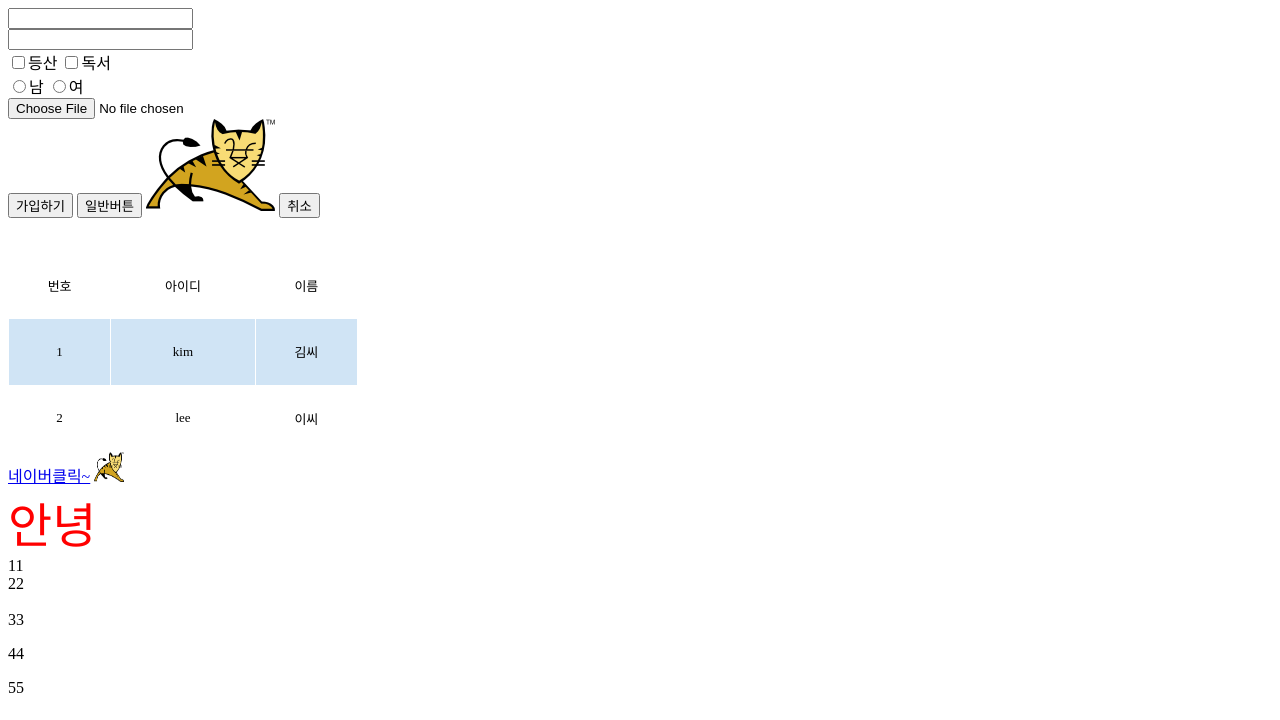
Repository: MinHyeJun/OpenSourceFramework
Page: web_prj/webapp/test.html
The author's editor kept a copy of each file at every save. The page is drawn from the files as they stood at one save, then again after the next save.
The browser window is 1280 px wide. The pictures show the whole page.

Above is the page before, as saved 2018-06-26 02:39:55.

### web_prj/webapp/test.html

<html>
<head>
<meta charset="UTF-8">
<title>Insert title here</title>
<style>
table.paleBlueRows {
  font-family: "Times New Roman", Times, serif;
  border: 1px solid #FFFFFF;
  width: 350px;
  height: 200px;
  text-align: center;
  border-collapse: collapse;
}
table.paleBlueRows td, table.paleBlueRows th {
  border: 1px solid #FFFFFF;
  padding: 3px 2px;
}
table.paleBlueRows tbody td {
  font-size: 13px;
}
table.paleBlueRows tr:nth-child(even) {
  background: #D0E4F5;
}
table.paleBlueRows thead {
  background: #0B6FA4;
  border-bottom: 5px solid #FFFFFF;
}
table.paleBlueRows thead th {
  font-size: 17px;
  font-weight: bold;
  color: #FFFFFF;
  text-align: center;
  border-left: 2px solid #FFFFFF;
}
table.paleBlueRows thead th:first-child {
  border-left: none;
}

table.paleBlueRows tfoot {
  font-size: 14px;
  font-weight: bold;
  color: #333333;
  background: #D0E4F5;
  border-top: 3px solid #444444;
}
table.paleBlueRows tfoot td {
  font-size: 14px;
}
</style>
</head>
<body>
<form>
<input type="text" name="mid"><br>
<input type="password" name="mpw"><br>

<input type="checkbox" name="habit">등산
<input type="checkbox" name="habit">독서<br>

<input type="radio" name="gen">남
<input type="radio" name="gen">여<br>

<input type="file" name="ufile"><br>



<input type="submit" name="sbtn" value="가입하기">
<input type="button" name="btn" value="일반버튼">
<input type="image" name="ibtn" src="tomcat.png">
<input type="reset" name="rbtn" value="취소"><br>






</form>


<br>
<table class="paleBlueRows"  width=300 height=100 border=1 cellpadding=0 cellspacing=0>
	<tr>
		<td>번호</td>
		<td>아이디</td>
		<td>이름</td>
	</tr>
	<tr>
		<td>1</td>
		<td>kim</td>
		<td>김씨</td>
	</tr>
	<tr>
		<td>2</td>
		<td>lee</td>
		<td>이씨</td>
	</tr>
</table>

<a href="http://www.naver.com">네이버클릭~</a>
<img src="tomcat.png" width=30 height=30><br>
<font size=10 color=red>안녕</font><br>
11<br>
22<br><br>
33<p>
44<p><p>
55

</body>
</html>

After the next save:
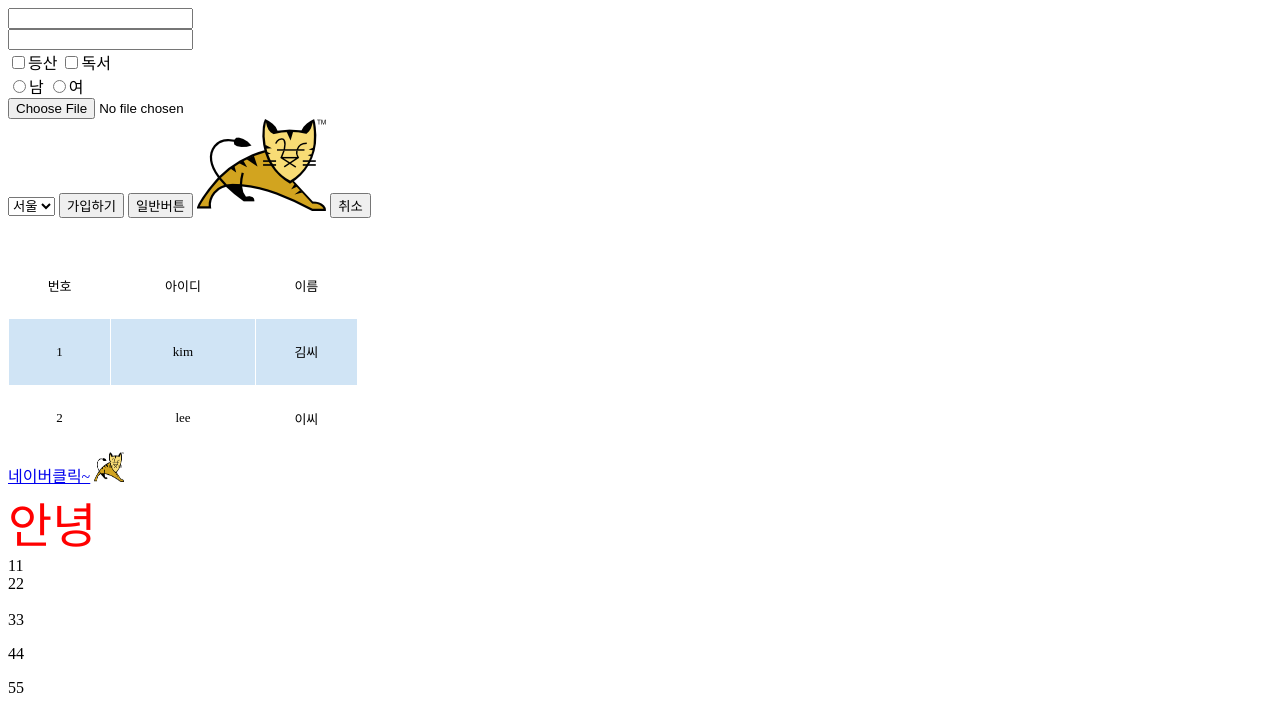
Saved 73 s later.
--- a/web_prj/webapp/test.html
+++ b/web_prj/webapp/test.html
@@ -62,7 +62,11 @@
 
 <input type="file" name="ufile"><br>
 
-
+<select name="addr">
+	<option value="seoul">서울</option>
+	<option value="dj">대전</option>
+	<option value="dg">대구</option>
+</select>
 
 <input type="submit" name="sbtn" value="가입하기">
 <input type="button" name="btn" value="일반버튼">
